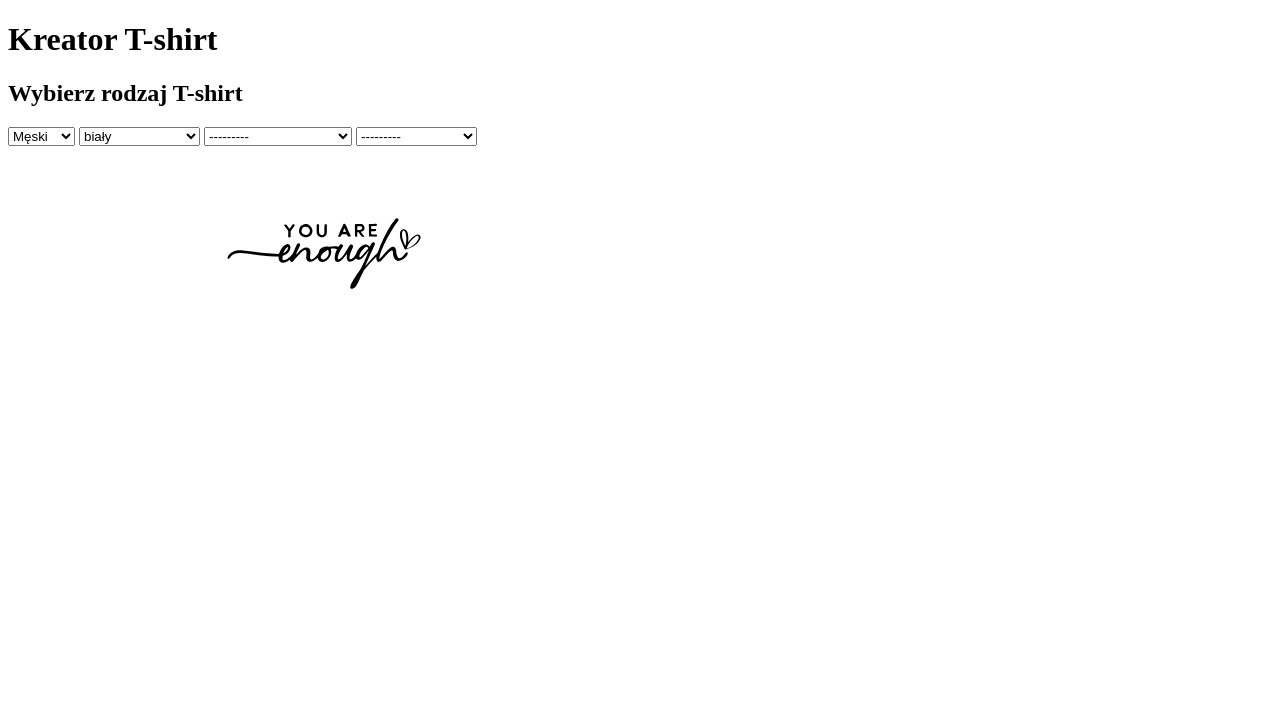
Repository: artek313/clothes
Page: index.html
An editor plug-in stored every save of this project. The page is shown before and after the next save, followed by the edit.
The browser window is 1280 px wide. The pictures show the whole page.

Above is the page before, as saved 2024-04-29 16:43:58.

After the next save:
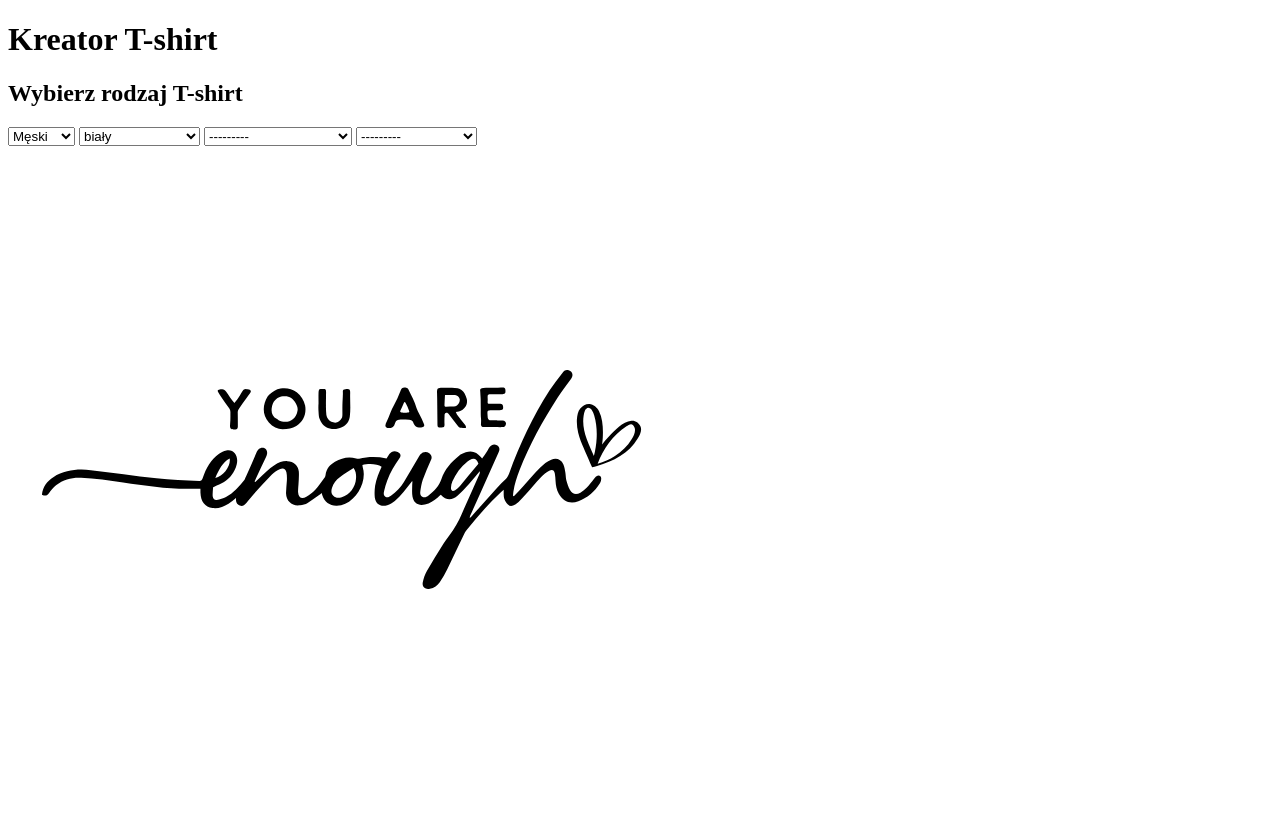
Saved 3 s later.
--- a/index.html
+++ b/index.html
@@ -48,7 +48,7 @@
     <div class="tshirtBox">
         <div class="tshirtMockup">
         </div>
-        <object id="overprint" data="img/men/overprints/1.svg" type="image/svg+xml"></object>
+        <object id="overPrintColor" data="img/men/overprints/1.svg" type="image/svg+xml"></object>
 
 
 

After the save that followed:
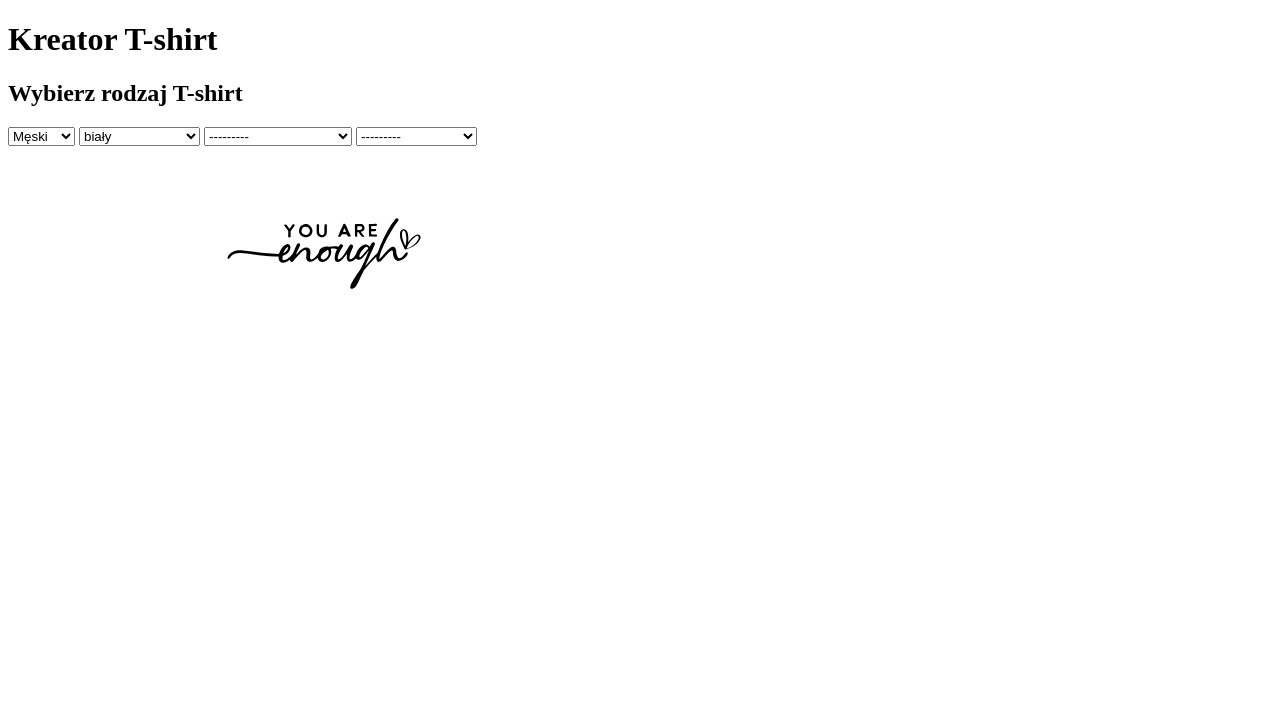
Saved 6 s later.
--- a/index.html
+++ b/index.html
@@ -48,7 +48,7 @@
     <div class="tshirtBox">
         <div class="tshirtMockup">
         </div>
-        <object id="overPrintColor" data="img/men/overprints/1.svg" type="image/svg+xml"></object>
+        <object id="overprint" data="img/men/overprints/1.svg" type="image/svg+xml"></object>
 
 
 
